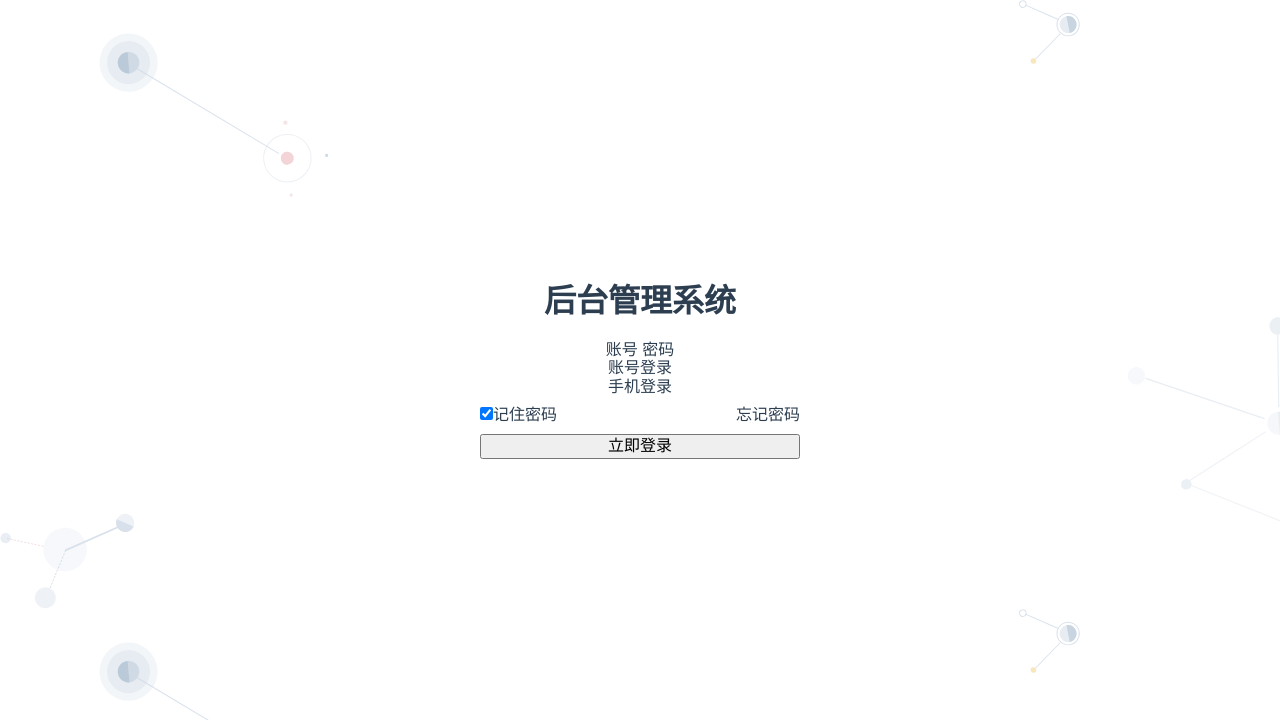
Repository: chenguox/vue-admin
Page: /#/login
An editor plug-in stored every save of this project. The page is shown before and after a run of saves, followed by the edit.
The browser window is 1280 px wide. The pictures show the whole page.
The page's requests for data from a server got no answer. The project was rebuilt for these pictures with package versions that can differ from the ones it lists, and the page was loaded fresh each time. No one was signed in, and anything a server would have sent is missing. Also part of the build but not shown: vue.config.js.

Above is the page before, as saved 2022-03-05 11:45:45.

### src/main.ts
import { createApp } from 'vue'
import { globalRegister } from './global'
import 'normalize.css'
import './assets/css/index.less'

import App from './App.vue'

import router from './router'
import store from './store'

import gxRequest from './service'

const app = createApp(App)

// 注册element-plus/其他
app.use(globalRegister)
app.use(router)
app.use(store)

app.mount('#app')

interface DataType {
  data: any
  returnCode: string
  success: boolean
}

gxRequest
  .request<DataType>({
    url: '/post',
    method: 'POST',
    interceptors: {
      requestInterceptor: (config) => {
        console.log('单个请求成功的拦截')
        return config
      },
      requestInterceptorCatch: (err) => {
        console.log('单个请求失败的拦截')
        return err
      },
      responseInterceptor: (res) => {
        console.log('单个响应成功的拦截')
        return res
      },
      responseInterceptorCatch: (err) => {
        console.log('单个响应失败的拦截')
        return err
      }
    }
  })
  .then((res) => {
    // 拿到请求结果
    console.log(res)
  })

### src/global/index.ts
import { App } from 'vue'
import registerElement from './register-element'

export function globalRegister(app: App): void {
  app.use(registerElement)
}

### src/App.vue
<template>
  <div id="app">
    <!-- <router-link to="/login">登录</router-link>
    <router-link to="/main">首页</router-link>
    <h2>{{ $store.state.name }}</h2> -->
    <router-view></router-view>
  </div>
</template>

<script lang="ts">
import { defineComponent } from 'vue'

export default defineComponent({
  name: 'App',
  components: {}
})
</script>

<style lang="less">
#app {
  font-family: Avenir, Helvetica, Arial, sans-serif;
  -webkit-font-smoothing: antialiased;
  -moz-osx-font-smoothing: grayscale;
  text-align: center;
  color: #2c3e50;
  // margin-top: 60px;
}
</style>

### src/router/index.ts
import { createRouter, createWebHashHistory } from 'vue-router'
import { RouteRecordRaw } from 'vue-router'

const routes: RouteRecordRaw[] = [
  {
    path: '/',
    redirect: '/main'
  },
  {
    path: '/main',
    component: () => import('../views/main/main.vue')
  },
  {
    path: '/login',
    component: () => import('../views/login/login.vue')
  }
]

// 创建 router 对象
const router = createRouter({
  routes,
  history: createWebHashHistory()
})

export default router

### src/store/index.ts
import { createStore } from 'vuex'

// 创建store对象
const store = createStore({
  state: () => {
    return {
      name: '哈哈'
    }
  },
  mutations: {},
  getters: {},
  actions: {}
})

export default store

### src/service/index.ts
// service 统一出口
import GXRequest from './request'
import { API_BASE_URL, TIME_OUT } from './request/config'

// 创建 gxRequest 实例
const gxRequest = new GXRequest({
  baseURL: API_BASE_URL,
  timeout: TIME_OUT,
  interceptors: {
    requestInterceptor: (config) => {
      console.log('请求成功的拦截')
      return config
    },
    requestInterceptorCatch: (err) => {
      console.log('请求失败的拦截')
      return err
    },
    responseInterceptor: (res) => {
      console.log('响应成功的拦截')
      return res
    },
    responseInterceptorCatch: (err) => {
      console.log('响应失败的拦截')
      return err
    }
  }
})

export default gxRequest

### src/global/register-element.ts
import { App } from 'vue'
import {
  ElButton,
  ElTabs,
  ElTabPane,
  ElIcon,
  ElForm,
  ElFormItem,
  ElInput,
  ElCheckbox,
  ElLink
} from 'element-plus'

const components = [
  ElButton,
  ElTabs,
  ElTabPane,
  ElIcon,
  ElForm,
  ElFormItem,
  ElInput,
  ElCheckbox,
  ElLink
]

export default function (app: App): void {
  for (const component of components) {
    app.component(component.name, component)
  }
}

### src/views/login/login.vue
<template>
  <div class="login">
    <login-panel />
  </div>
</template>

<script lang="ts">
import { defineComponent } from 'vue'
import LoginPanel from './cpns/login-panel.vue'

export default defineComponent({
  components: {
    LoginPanel
  },
  setup() {
    return {}
  }
})
</script>

<style scoped lange="less">
.login {
  width: 100%;
  height: 100%;
  background: url('../../assets/img/login-bg.svg');
  display: flex;
  justify-content: center;
  align-items: center;
}
</style>

### src/service/request/index.ts
import axios from 'axios'
import type { AxiosInstance } from 'axios'
import type { GXRequestInterceptors, GXRequestConfig } from './type'

class GXRequest {
  instance: AxiosInstance
  interceptors?: GXRequestInterceptors

  constructor(config: GXRequestConfig) {
    this.instance = axios.create(config)

    // 保存对应实例的拦截
    this.interceptors = config.interceptors

    // 1、添加所有实例的拦截器
    this.instance.interceptors.request.use(
      (config) => {
        console.log('所有实例的拦截器: 请求成功拦截')
        return config
      },
      (err) => {
        console.log('所有实例的拦截器: 请求失败拦截')
        return err
      }
    )

    this.instance.interceptors.response.use(
      (res) => {
        console.log('所有实例的拦截器: 响应成功拦截')
        return res
      },
      (err) => {
        console.log('所有实例的拦截器: 响应失败拦截')
        return err
      }
    )

    // 2、添加实例拦截器(从config中取出对应的实例)
    this.instance.interceptors.request.use(
      this.interceptors?.requestInterceptor,
      this.interceptors?.requestInterceptorCatch
    )
    this.instance.interceptors.response.use(
      this.interceptors?.responseInterceptor,
      this.interceptors?.responseInterceptorCatch
    )
  }

  // 需要将返回结果类型改为 Promise, 且类型应该是请求者决定，所以使用泛型
  request<T>(config: GXRequestConfig<T>): Promise<T> {
    // 处理成返回一个 promise
    return new Promise((resolve, reject) => {
      if (config.interceptors?.requestInterceptor) {
        // 执行请求拦截，执行完将config返回
        config = config.interceptors.requestInterceptor(config)
      }
      this.instance
        .request<any, T>(config)
        .then((res) => {
          if (config.interceptors?.responseInterceptor) {
            res = config.interceptors.responseInterceptor(res)
          }

          // 将结果 resolve 返回出去
          resolve(res)
        })
        .catch((err) => {
          reject(err)
        })
    })
  }
}

export default GXRequest

### src/service/request/config.ts
// 通过加载 .env 文件的方式区分环境变量
export const API_BASE_URL = process.env.VUE_APP_BASE_URL
export const TIME_OUT = 10000

### src/views/login/cpns/login-panel.vue
<template>
  <div class="login-panel">
    <h1 class="title">后台管理系统</h1>
    <el-tabs type="border-card" stretch>
      <el-tab-pane>
        <template #label>
          <span>
            <el-icon><avatar /></el-icon>账号登录
          </span>
        </template>
        账号 密码
      </el-tab-pane>
      <el-tab-pane>
        <template #label>
          <span>
            <el-icon><cellphone /></el-icon>手机登录
          </span>
        </template>
        手机
      </el-tab-pane>
    </el-tabs>
    <div class="account-control">
      <el-checkbox
        v-model="isKeepPassword"
        label="记住密码"
        size="large"
      ></el-checkbox>
      <el-link type="primary">忘记密码</el-link>
    </div>
    <el-button type="primary" class="login-btn">立即登录</el-button>
  </div>
</template>

<script lang="ts">
import { defineComponent, ref } from 'vue'
import LoginAccount from './login-account.vue'

export default defineComponent({
  components: {
    LoginAccount
  },
  setup() {
    const isKeepPassword = ref(true)
    return {
      isKeepPassword
    }
  }
})
</script>

<style scoped lang="less">
.login-panel {
  width: 320px;

  // .title {

  // }
  .account-control {
    margin-top: 10px;
    display: flex;
    justify-content: space-between;
  }

  .login-btn {
    width: 100%;
    margin-top: 10px;
  }
}
</style>

### src/views/login/cpns/login-account.vue
<template>
  <div class="login-account">
    <el-form label-width="60px">
      <el-form-item label="账号">
        <el-input></el-input>
      </el-form-item>
      <el-form-item label="密码">
        <el-input></el-input>
      </el-form-item>
    </el-form>
  </div>
</template>

<script lang="ts">
import { defineComponent } from 'vue'

export default defineComponent({
  setup() {
    return {}
  }
})
</script>

<style></style>

Loaded but not shown: public/index.html (common file); src/assets/css/index.less (common file); src/assets/css/base.less (common file)

After the next 3 saves:
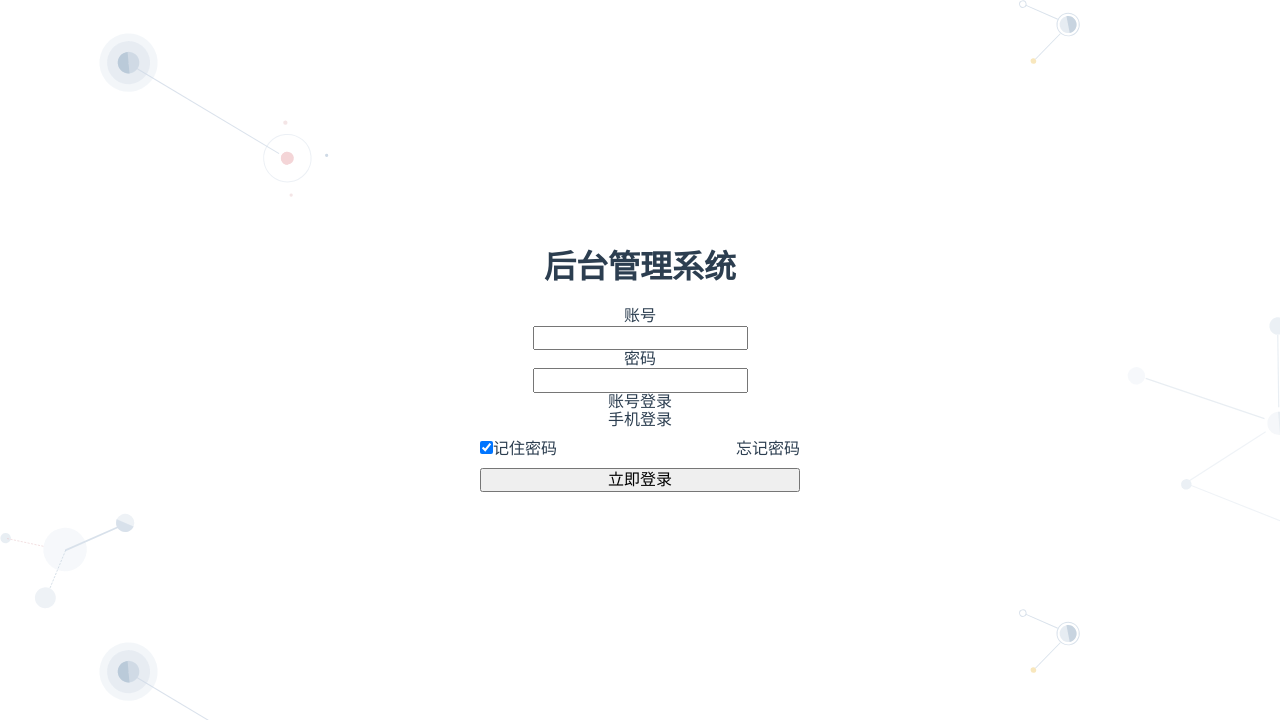
The 3 saves are shown as one change because 1 did not build or start and some came seconds apart.
The last was saved 25 s later.
--- a/src/views/login/cpns/login-panel.vue
+++ b/src/views/login/cpns/login-panel.vue
@@ -8,7 +8,7 @@
             <el-icon><avatar /></el-icon>账号登录
           </span>
         </template>
-        账号 密码
+        <login-account />
       </el-tab-pane>
       <el-tab-pane>
         <template #label>
